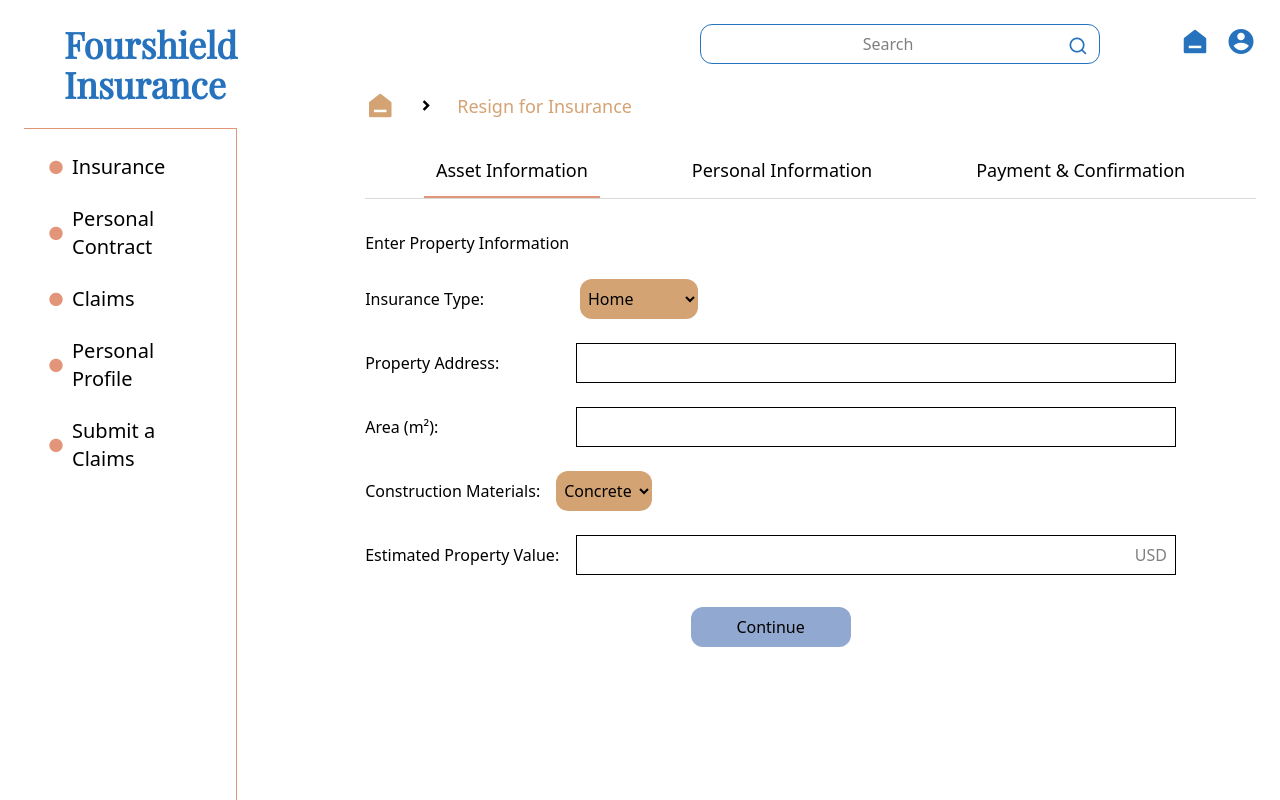
Repository: MockProject9920/MockProject_022025_Nhom4
Page: / (app in frontend/)
An editor plug-in stored every save of this project. The page is shown before and after the next save, followed by the edit.
The browser window is 1280 px wide. The pictures show the whole page.
The project was rebuilt for these pictures with package versions that can differ from the ones it lists, and the page was loaded fresh each time. Also part of the build but not shown: frontend/vite.config.js, frontend/src/pages/Login.jsx.

Above is the page before, as saved 2025-03-05 17:09:01.

### frontend/index.html
<!DOCTYPE html>

<html lang="en">
  <head>
    <meta charset="UTF-8" />
    <link rel="icon" type="image/svg+xml" href="/vite.svg" />
    <meta name="viewport" content="width=device-width, initial-scale=1.0" />
    <title>Vite + React</title>
  </head>
  <body>
    <div id="root"></div>
    <script type="module" src="/src/main.jsx"></script>
  </body>
</html>

### frontend/src/index.css
@import "tailwindcss";
@import "remixicon/fonts/remixicon.css";
/*  font-family: system-ui, Avenir, Helvetica, Arial, sans-serif;
  line-height: 1.5;
  font-weight: 400;

  color-scheme: light dark;
  color: rgba(255, 255, 255, 0.87);
  background-color: #242424;

  font-synthesis: none;
  text-rendering: optimizeLegibility;
  -webkit-font-smoothing: antialiased;
  -moz-osx-font-smoothing: grayscale;
}

a {
  font-weight: 500;
  color: #646cff;
  text-decoration: inherit;
}
a:hover {
  color: #535bf2;
}

body {
  margin: 0;
  display: flex;
  place-items: center;
  min-width: 320px;
  min-height: 100vh;
}

h1 {
  font-size: 3.2em;
  line-height: 1.1;
}

button {
  border-radius: 8px;
  border: 1px solid transparent;
  padding: 0.6em 1.2em;
  font-size: 1em;
  font-weight: 500;
  font-family: inherit;
  background-color: #1a1a1a;
  cursor: pointer;
  transition: border-color 0.25s;
}
button:hover {
  border-color: #646cff;
}
button:focus,
button:focus-visible {
  outline: 4px auto -webkit-focus-ring-color;
}

@media (prefers-color-scheme: light) {
  :root {
    color: #213547;
    background-color: #ffffff;
  }
  a:hover {
    color: #747bff;
  }
  button {
    background-color: #f9f9f9;
  }
} */

### frontend/src/App.jsx
import AssetInformation from "./pages/AssetInformation";
import Login from "./pages/Login";

function App() {
  return (
    <>
      <AssetInformation />
    </>
  );
}

export default App;

### frontend/src/pages/AssetInformation.jsx
import React, { useState } from "react";
import "@fontsource/playfair-display";

function AssetInformation() {
  const [isSidebarOpen, setIsSidebarOpen] = useState(false);

  return (
    <div className="flex flex-col md:flex-row h-screen w-screen">
      <button
        className="md:hidden p-4 text-2xl text-[#2772BD]"
        onClick={() => setIsSidebarOpen(!isSidebarOpen)}
      >
        <i className="ri-menu-line"></i>
      </button>

      <div
        className={`fixed md:static top-0 left-0 h-full w-[280px] bg-white  p-6 transition-transform duration-300
        ${
          isSidebarOpen ? "translate-x-0" : "-translate-x-full md:translate-x-0"
        }`}
      >
        <button
          className="md:hidden text-2xl text-[#E29578] mb-4"
          onClick={() => setIsSidebarOpen(false)}
        >
          <i className="ri-close-line"></i>
        </button>
        <p
          className="text-4xl text-[#2772BD] font-bold pl-10 mb-6"
          style={{ fontFamily: "Playfair Display" }}
        >
          Fourshield Insurance
        </p>
        <div className="space-y-6 h-full p-6 border-t border-r border-[#E29578]">
          {[
            "Insurance",
            "Personal Contract",
            "Claims",
            "Personal Profile",
            "Submit a Claims",
          ].map((item, index) => (
            <div key={index} className="flex space-x-2 items-center">
              <i className="ri-circle-fill text-[#E29578]"></i>
              <p className="text-xl">{item}</p>
            </div>
          ))}
        </div>
      </div>

      {/* Nội dung chính */}
      <div className="w-full p-6 ">
        <div className="flex justify-end space-x-20">
          <div className="relative ">
            <input
              placeholder="Search"
              className="w-40 md:w-100 h-10 border border-[#2772BD] text-center py-2 pr-10 pl-4 rounded-xl"
            />
            <i className="ri-search-line absolute right-3 top-[8px] text-[#2772BD] text-xl"></i>
          </div>
          <div className="flex space-x-4 text-[#2772BD] text-2xl">
            <i className="ri-home-6-fill text-3xl"></i>
            <i className="ri-account-circle-fill text-3xl"></i>
          </div>
        </div>

        <div className="flex space-x-4 items-center mt-6 ml-20">
          <i className="ri-home-6-fill text-3xl text-[#D4A373]"></i>
          <i className="ri-arrow-drop-right-line text-3xl"></i>
          <p className="text-lg text-[#D4A373]">Resign for Insurance</p>
        </div>

        <div className="flex space-x-20 ml-20 mt-5 justify-center border-b-1 border-b-[#D9D9D9]">
          <p className="text-lg p-3 border-b-2 border-b-[#E29578] z-10">
            Asset Information
          </p>
          <p className="text-lg p-3 ">Personal Information</p>
          <p className="text-lg p-3 ">Payment & Confirmation</p>
        </div>

        <div className="mt-8 space-y-6 ml-20">
          <p className="font-medium">Enter Property Information</p>
          <div className="flex flex-col md:flex-row md:items-center md:space-x-4">
            <p className="font-medium">Insurance Type:</p>
            <select className="h-10 p-1 ml-20 rounded-xl bg-[#D4A373] w-full md:w-auto">
              {["Home", "Apartment", "Commercial"].map((type) => (
                <option className="bg-white" key={type} value={type}>
                  {type}
                </option>
              ))}
            </select>
          </div>
          <div className="flex flex-col md:flex-row md:items-center md:justify-between ">
            <p className="font-medium">Property Address:</p>
            <input className="border p-2 w-full mr-20 md:w-150 h-10" />
          </div>
          <div className="flex flex-col md:flex-row md:items-center md:justify-between">
            <p className="font-medium">Area (m²):</p>
            <input className="border p-2 mr-20 w-full md:w-150 h-10" />
          </div>
          <div className="flex flex-col md:flex-row md:items-center md:space-x-4">
            <p className="font-medium">Construction Materials:</p>
            <select className="h-10 p-1 rounded-xl bg-[#D4A373] w-full md:w-auto">
              {["Concrete", "Brick", "Wood", "Other"].map((material) => (
                <option className="bg-white" key={material} value={material}>
                  {material}
                </option>
              ))}
            </select>
          </div>
          <div className="flex flex-col md:flex-row md:items-center md:justify-between">
            <p className="font-medium">Estimated Property Value:</p>
            <input
              placeholder="USD"
              className="border p-2 mr-20 text-right w-full md:w-150 h-10"
            />
          </div>
        </div>

        <div className="text-center mt-8">
          <button className="bg-[#91A8D0] p-2 w-40 rounded-xl">Continue</button>
        </div>
      </div>
    </div>
  );
}

export default AssetInformation;

Loaded but not shown: frontend/src/main.jsx (common file)

After the next save:
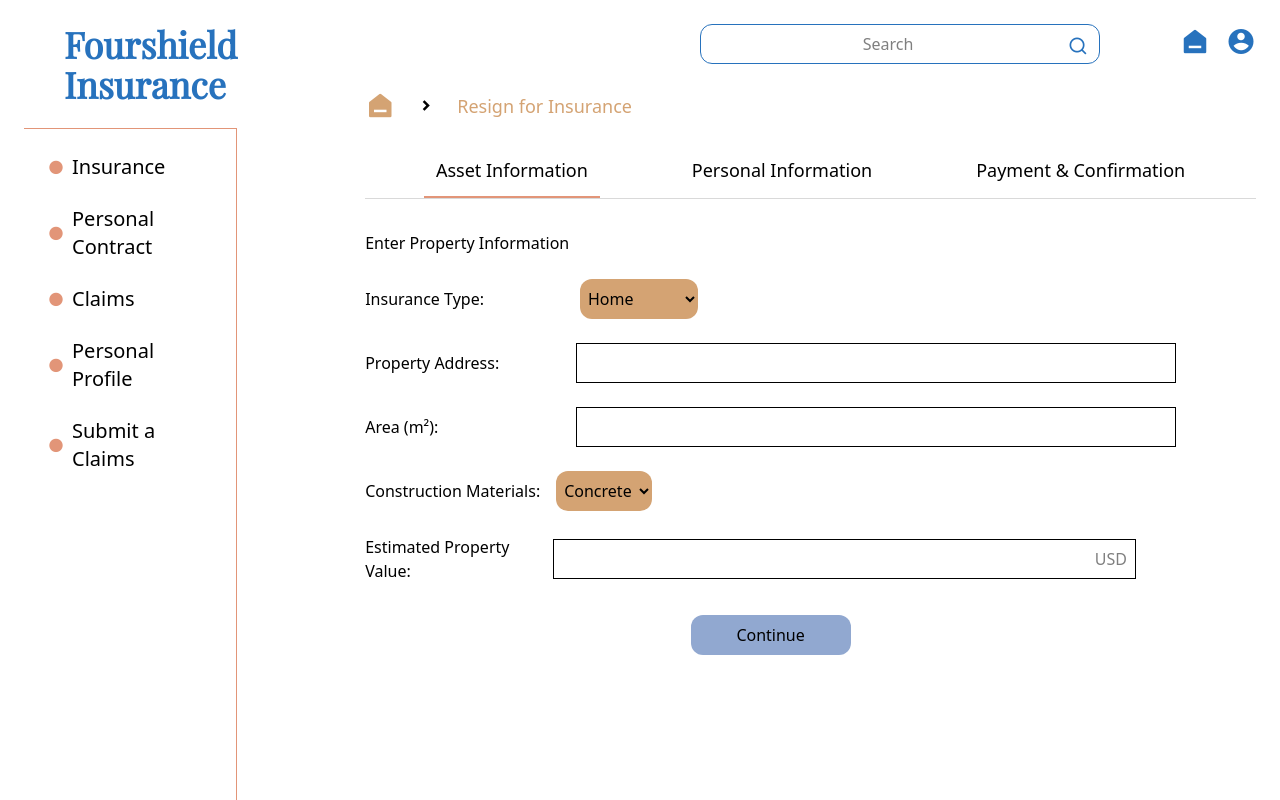
Saved 11 s later.
--- a/frontend/src/pages/AssetInformation.jsx
+++ b/frontend/src/pages/AssetInformation.jsx
@@ -111,7 +111,7 @@ function AssetInformation() {
             <p className="font-medium">Estimated Property Value:</p>
             <input
               placeholder="USD"
-              className="border p-2 mr-20 text-right w-full md:w-150 h-10"
+              className="border p-2 mr-30 text-right w-full md:w-150 h-10"
             />
           </div>
         </div>
